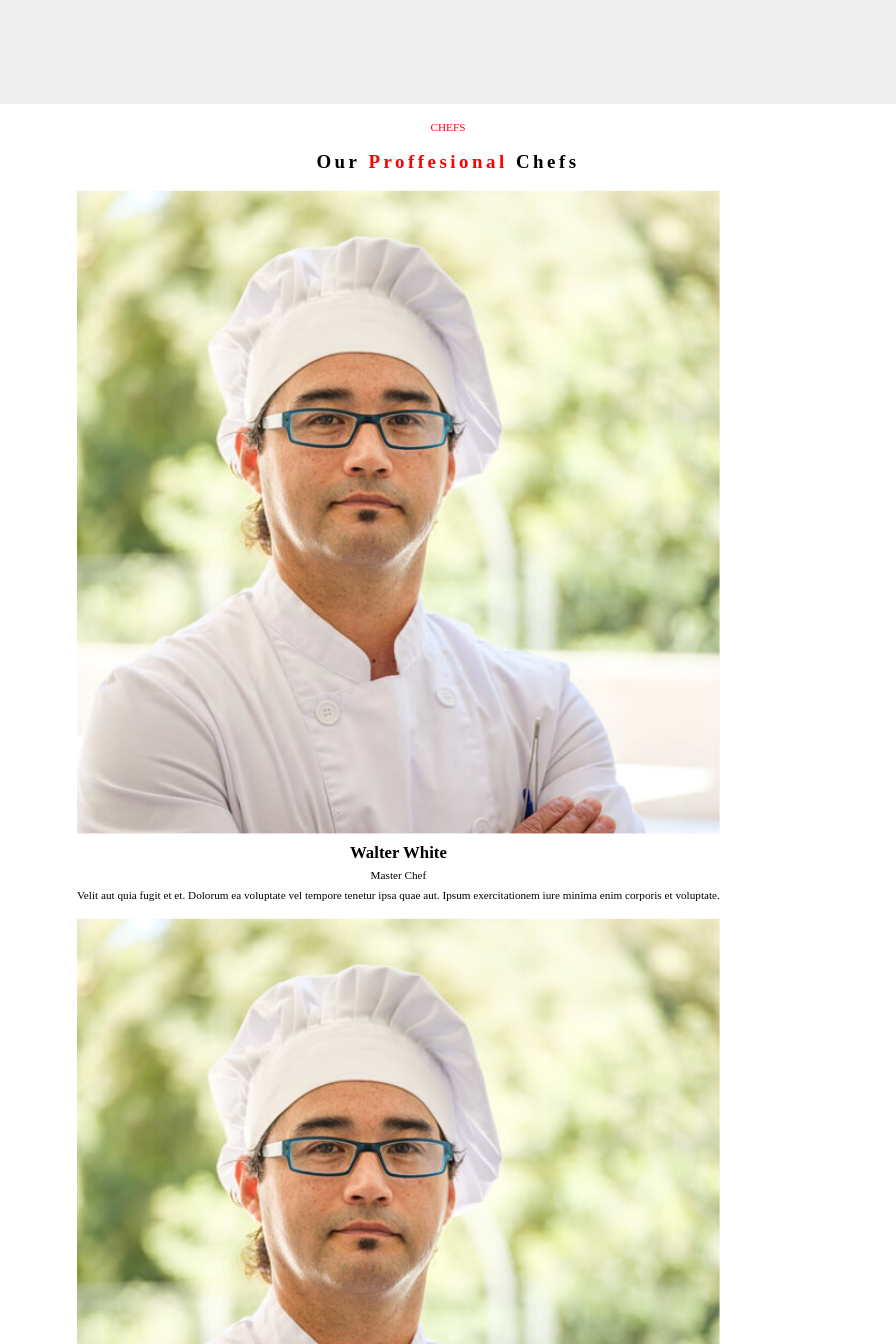
Repository: Ahmedalid/New-project
Page: Rout/index.html
These files come from the project's save history. The page is drawn as it stood at one moment and after a run of saves; the edit follows.
The browser window is 1280 px wide. The pictures show the part of the page from y = 651 to 2571 px (the page is 5000 px tall), at 70% of full size.

Above is the page before, as saved 2023-06-08 11:14:03.

### Rout/index.html
<!DOCTYPE html>
<html lang="en">

<head>
    <meta charset="UTF-8">
    <meta http-equiv="X-UA-Compatible" content="IE=edge">
    <meta name="viewport" content="width=device-width, initial-scale=1.0">
    <link rel="stylesheet" href="https://cdnjs.cloudflare.com/ajax/libs/font-awesome/6.4.0/css/all.min.css">
    <link rel="stylesheet" href="css/style.css">
    <title>Document</title>
</head>

<body>
    <!-- Start NavBar -->
    <nav>
        <div class="div-nav">
            <div class="nav-logo">
                <h1>Mealify</h1>
            </div>
            <div class="nav-item">
                <ul>
                    <li><a href="default.asp" class="home-actiev">Home</a></li>
                    <li><a href="" class="text-color">Chefs</a></li>
                    <li><a href="" class="text-color">Gallery</a></li>
                    <li><a href="" class="text-color">Contact</a></li>
                </ul>
            </div>
            <div class="nav-icon">
                <span><i class="fa-solid fa-moon"></i></span>
            </div>
        </div>
    </nav>
    <!-- End NavBar -->

    <!-- Start Header -->
    <header>
        <div class="div-header">
            <div class="content-header container">
                <h2 class="mt li">Enjoy Your Healthy</h2>
                <h2 class="mt li">Delicious Food</h2>
                <p class="mt text-color">Sed autem laudantium dolores. Voluptatem itaque ea consequatur eveniet.
                    Eum quas beatae cumque eum quaerat.</p>
                <div class="d-flex">
                    <button class="btn-Boolatable">Bool a Table</button>
                    <div class="d-flex mt  ">
                        <a href="" class="icone-headphones"> <span class="headphones d-center"> <i
                                    class="fa-solid fa-headphones "></i></span> </a>
                        <span class="Video">Watch a Video</span>
                    </div>
                </div>
            </div>
            <div class="content-header container">
                <div class="img-header ">
                    <img src="img/hero-img.png" alt="">
                </div>
            </div>
        </div>
    </header>
    <!-- End Header -->
    <section class="container">
        <p class="text-center text-color mt">CHEFS</p>
        <h5 class="li text-center our-section mt">
            Our
            <span class="text-color">Proffesional</span>
            Chefs
        </h5>
        <!-- Card And Img -->
        <div class="mt card-img">
            <div class="">
                <img src="img/chefs-3.jpg" alt="">
                <h2 class="text-center mt-1">Walter White </h5>
                <p class="text-center mt-1">Master Chef</p>
                <p class="text-center mt-1">
                    Velit aut quia fugit et et. Dolorum ea voluptate vel
                     tempore tenetur ipsa quae aut. Ipsum
                    exercitationem iure minima enim corporis et voluptate.
                </p>

            </div>

        </div>
        <div class="mt card-img">
            <div class="">
                <img src="img/chefs-3.jpg" alt="">
                <h2 class="text-center mt-1">Walter White </h5>
                <p class="text-center mt-1">Master Chef</p>
                <p class="text-center mt-1">
                    Velit aut quia fugit et et. Dolorum ea voluptate vel
                     tempore tenetur ipsa quae aut. Ipsum
                    exercitationem iure minima enim corporis et voluptate.
                </p>

            </div>

        </div>
        <div class="mt card-img">
            <div class="">
                <img src="img/chefs-3.jpg" alt="">
                <h2 class="text-center mt-1">Walter White </h5>
                <p class="text-center mt-1">Master Chef</p>
                <p class="text-center mt-1">
                    Velit aut quia fugit et et. Dolorum ea voluptate vel
                     tempore tenetur ipsa quae aut. Ipsum
                    exercitationem iure minima enim corporis et voluptate.
                </p>

            </div>

        </div>
    </section>
</body>

</html>

### Rout/css/style.css
*{
    margin: 0;
    padding: 0;
    box-sizing: border-box;
}
body{
    height: 5000px;
}
nav{
    box-shadow: 0px 16px 43px 0px rgba(0,0,0,0.1),0px 10px 15px -3px rgba(0,0,0,0.1),0px 10px 15px -3px rgba(0,0,0,0.1);
       height: 80px;
       position: sticky;
       top: 0;
       left: 0;
       overflow: auto;
       background-color: white;
}
.div-nav{
     margin: auto 110px;
    display: flex;
   margin-top: 30px;
    justify-content: space-between;
}
.container{
    margin: auto 110px;
}
.nav-item ul li{
    list-style: none;

    width: 100%;

}
.nav-item ul li a{
     text-decoration: none;
     color: black;
     padding: 20px;
     outline: none;
     transition: 0.5;
     font-weight: 400;
}
.nav-item ul li a:hover{
    border-bottom: 2px solid red;
}
.nav-item ul {
          display: flex;
    justify-content: space-between;

}
.nav-logo h1{
    font-weight: bold;
    font-size: 30px;
}
.home-actiev{
    border-bottom: 2px solid red;
    font-weight: bold;
}
.nav-icon span i{
    font-size: 30px;
}
/* End NavBar */
/* Start Header */
/* Start Header */
.div-header{
    display: flex;
}
header{
    background-color: #eeeeee;
    overflow: auto;
    height: 100vh;
}
.content-header{
  margin-top: 160px;
}
img{
    width: 100%;
}
.mt{
    margin-top: 25px;
}
.li{
    letter-spacing: 5px;
}
.text-color{
    color: #7f7f90;
}
.d-flex{
    display: flex;
}
.btn-Boolatable{
    border: none;
    outline: none;
    background-color: red;
    color: white;
    padding: 10px;
    border-radius: 10px;
    margin-top: 30px;
}
.headphones{
    background-color: white;
    border-radius: 50%;
    width: 50px;
    height: 50px;
    border: 5px solid red;
    margin-left: 50px;
    cursor: pointer;
}
.d-center{
    display: flex;
    justify-content: center;
    align-items: center;
}
.Video{
    margin-top: 20px;
    margin-left: 20px;
    font-weight: bold;
    cursor: pointer;
    transition: 0.5s;
}
.Video:hover{
    color: red;
}
.icone-headphones{
    color: black;
    list-style: none;
}

.text-center{
    text-align: center;
    /* margin-top: 50px; */
}
.text-color{
    color: red;
}
.our-section{
    font-size: 27px;
}
.card-img{
    /* width: 33%;
    display: inline-block; */
    display: flex;
    justify-content: space-between;
    transition: 0.5s;
}
.mt-1{
    margin-top: 10px;
}
.card-img h4{
    font-weight:bold;
}
.card-img:hover{
    transform: scale(1.1 , 1.1);
    cursor: pointer;
    transition: 0.5s;
}

After the next 4 saves:
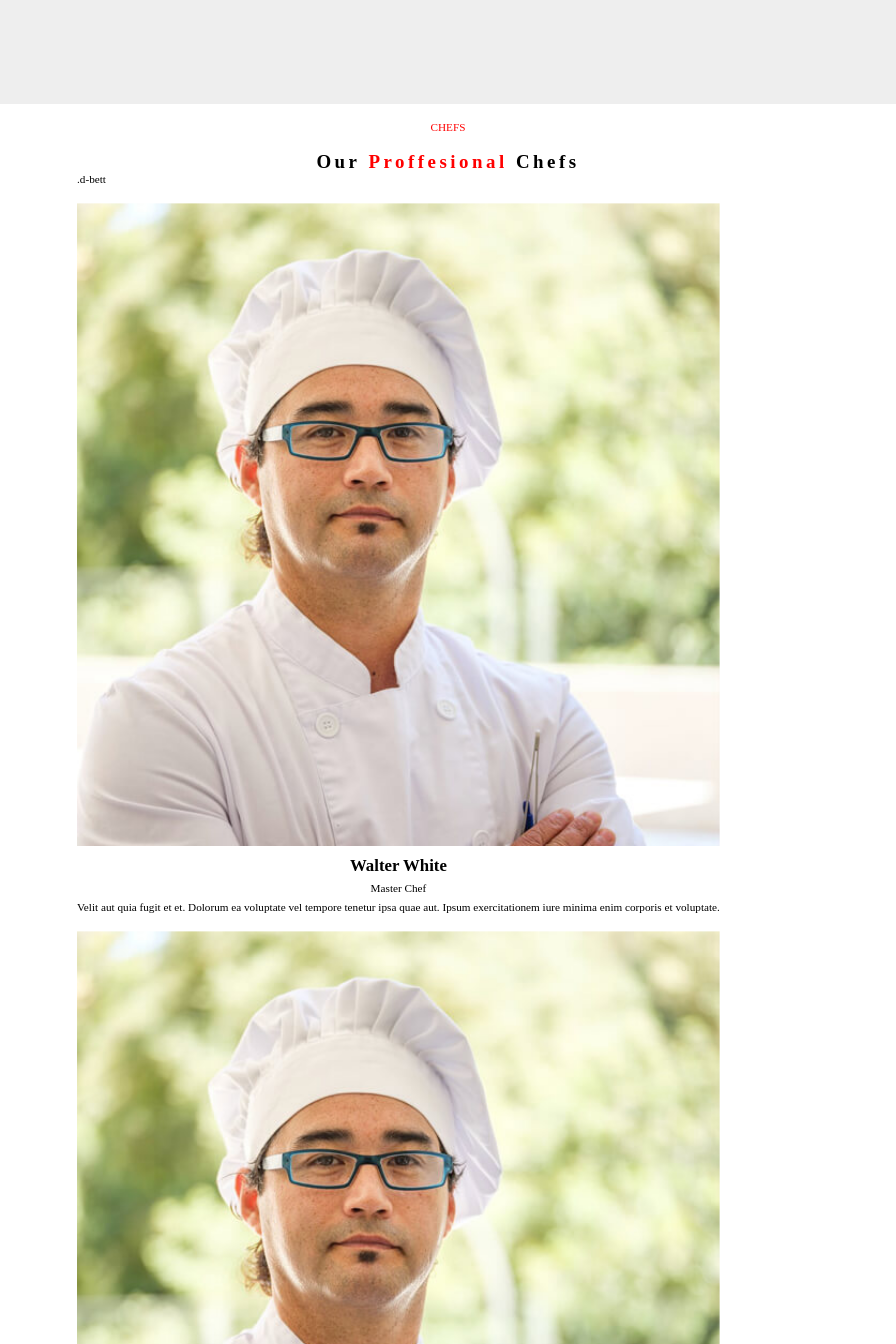
The 4 saves are shown as one change because they came seconds apart.
The last was saved 3 min 34 s later.
--- a/Rout/index.html
+++ b/Rout/index.html
@@ -65,6 +65,7 @@
             Chefs
         </h5>
         <!-- Card And Img -->
+        .d-bett
         <div class="mt card-img">
             <div class="">
                 <img src="img/chefs-3.jpg" alt="">

After the save that followed:
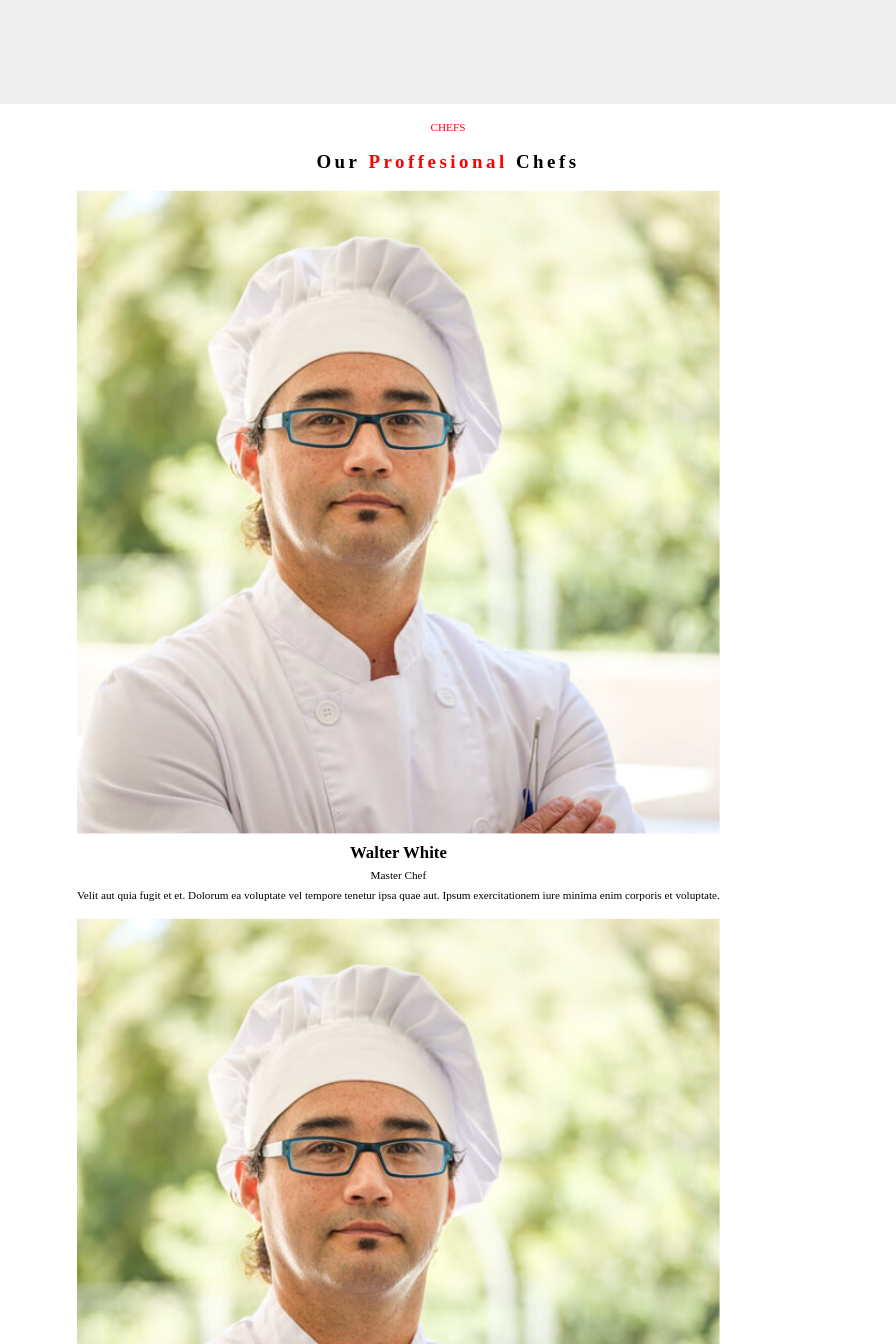
Saved 4 s later.
--- a/Rout/index.html
+++ b/Rout/index.html
@@ -65,7 +65,7 @@
             Chefs
         </h5>
         <!-- Card And Img -->
-        .d-bett
+        <div class="d-bettwen"></div>
         <div class="mt card-img">
             <div class="">
                 <img src="img/chefs-3.jpg" alt="">
